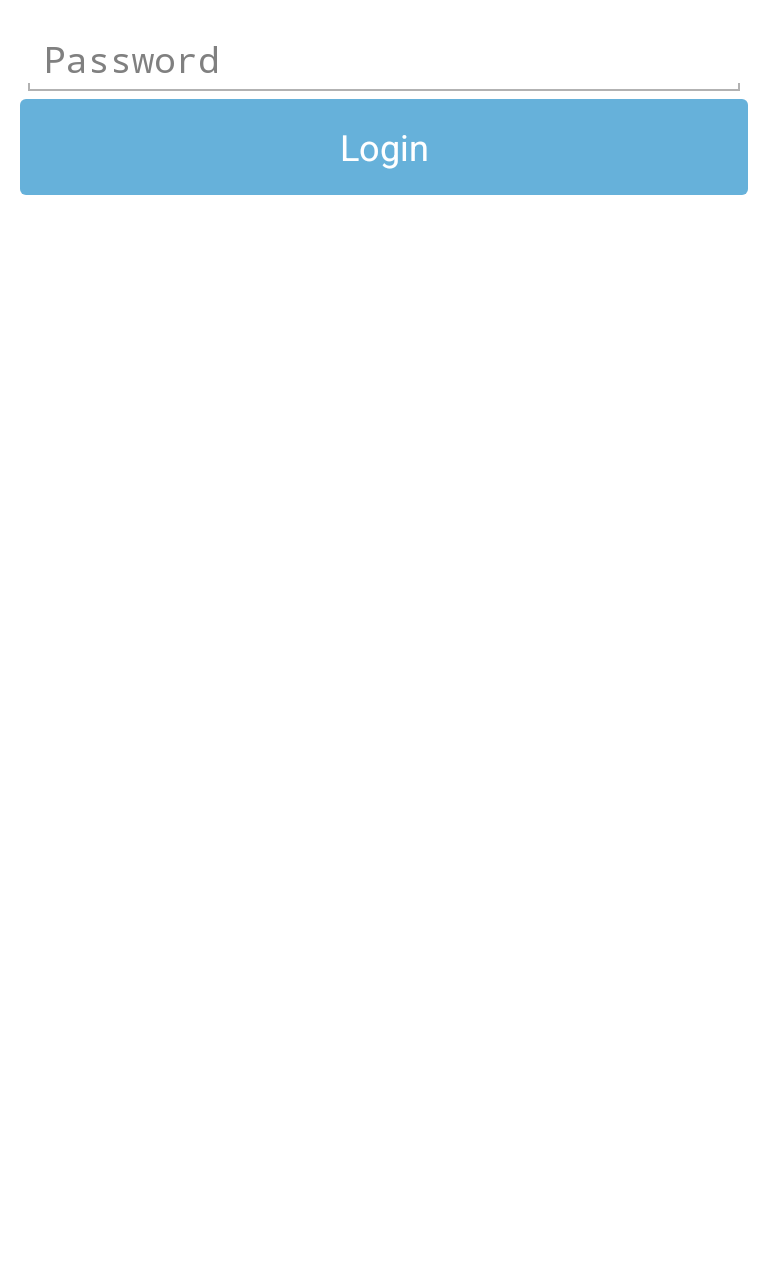
Repository: arodriguezp2003/aqandroid
Layout: BlueFlameWMS/res/layout/seleecione_inventario.xml
An editor plug-in stored every save of this project. The layout is shown before and after the next save, followed by the edit.
It is drawn on a 768 x 1280 px phone screen (xhdpi) without system bars, with theme AppTheme; the app's code is not run.

Above is the layout before, as saved 2014-07-01 14:44:28.

After the next save:
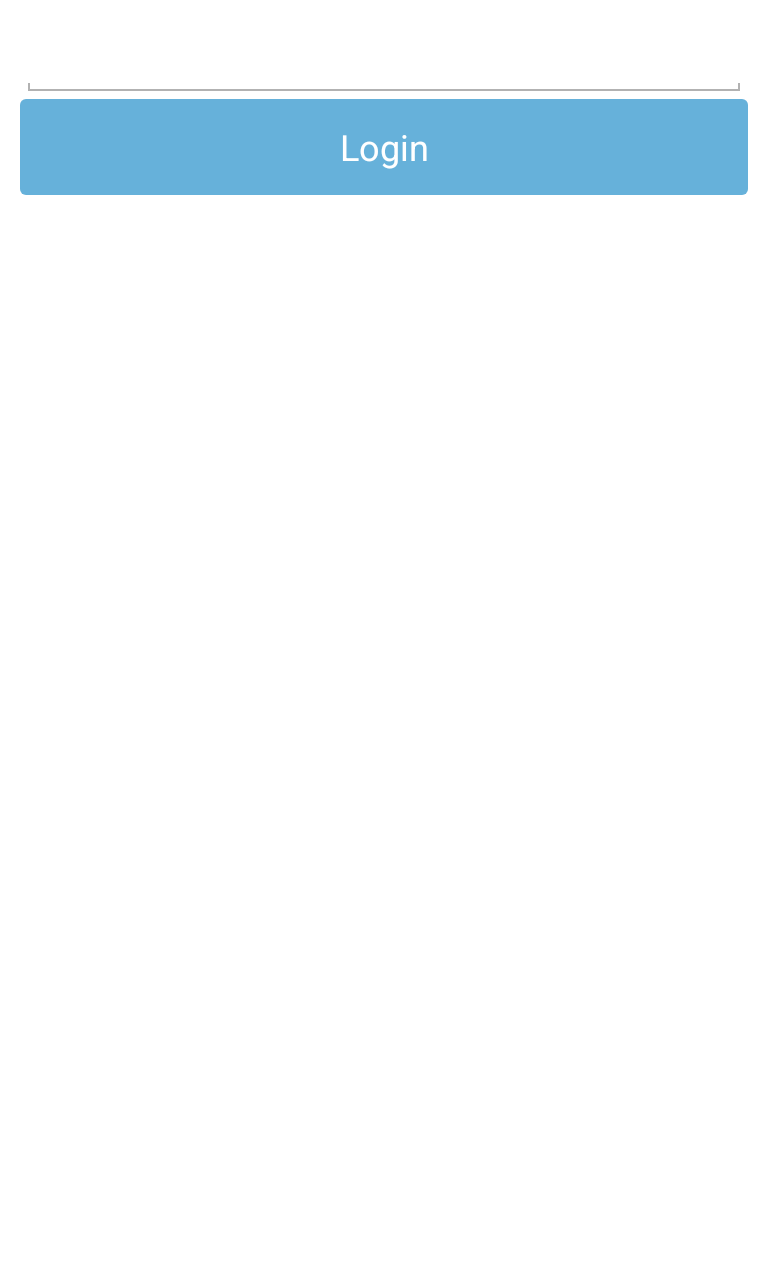
Saved 36 s later.
--- a/BlueFlameWMS/res/layout/seleecione_inventario.xml
+++ b/BlueFlameWMS/res/layout/seleecione_inventario.xml
@@ -10,11 +10,10 @@
         android:layout_width="match_parent"
         android:layout_height="wrap_content"
         android:ems="10"
-        android:hint="@string/password"
-        android:inputType="textPassword" />
+        android:inputType="number" />
 
     <Button
-        android:id="@+id/xAceptar"
+        android:id="@+id/xAceptarSI"
         android:layout_width="match_parent"
         android:layout_height="wrap_content"
         android:background="@drawable/btn"
